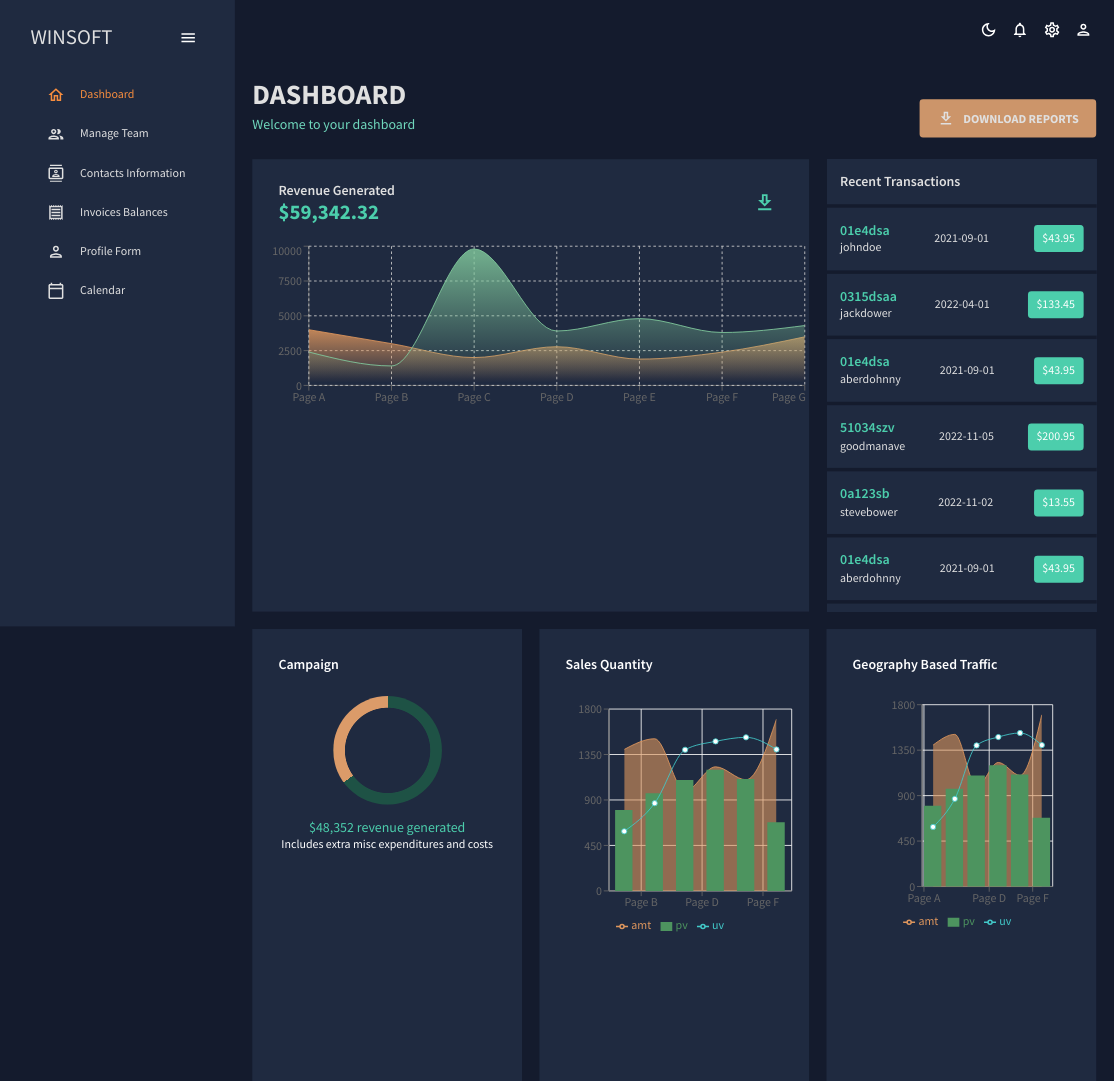
Repository: thamaraiselvan315731/winssoft
Page: /
An editor plug-in stored every save of this project. The page is shown before and after the next save, followed by the edit.
The browser window is 1280 px wide. The pictures show the whole page, at 87% of full size.
The project was rebuilt for these pictures with package versions that can differ from the ones it lists, and the page was loaded fresh each time. Also part of the build but not shown: src/pages/team/index.jsx, src/pages/invoices/index.jsx, src/pages/contacts/index.jsx, src/pages/form/index.jsx, src/components/LineChart.jsx, src/data/mockGeoFeatures.js, src/components/GeographyChart.jsx, src/components/BarChart.jsx and 3 more.

Above is the page before, as saved 2022-12-01 12:15:20.

### src/pages/global/Topbar.jsx
import { Box, IconButton, useTheme } from "@mui/material";
import { useContext } from "react";
import { ColorModeContext, tokens } from "../../theme";
import InputBase from "@mui/material/InputBase";
import LightModeOutlinedIcon from "@mui/icons-material/LightModeOutlined";
import DarkModeOutlinedIcon from "@mui/icons-material/DarkModeOutlined";
import NotificationsOutlinedIcon from "@mui/icons-material/NotificationsOutlined";
import SettingsOutlinedIcon from "@mui/icons-material/SettingsOutlined";
import PersonOutlinedIcon from "@mui/icons-material/PersonOutlined";
import SearchIcon from "@mui/icons-material/Search";

const Topbar = () => {
  const theme = useTheme();
  const colors = tokens(theme.palette.mode);
  const colorMode = useContext(ColorModeContext);

  return (
    <Box display="flex" justifyContent="flex-end" p={2}>
      {/* SEARCH BAR */}
      {/* <Box
        display="flex"
        backgroundColor={colors.primary[400]}
        borderRadius="3px"
      >
        <InputBase sx={{ ml: 2, flex: 1 }} placeholder="Search" />
        <IconButton type="button" sx={{ p: 1 }}>
          <SearchIcon />
        </IconButton>
      </Box> */}

      {/* ICONS */}
      <Box display="flex">
        <IconButton onClick={colorMode.toggleColorMode}>
          {theme.palette.mode === "dark" ? (
            <DarkModeOutlinedIcon />
          ) : (
            <LightModeOutlinedIcon />
          )}
        </IconButton>
        <IconButton>
          <NotificationsOutlinedIcon />
        </IconButton>
        <IconButton>
          <SettingsOutlinedIcon />
        </IconButton>
        <IconButton>
          <PersonOutlinedIcon />
        </IconButton>
      </Box>
    </Box>
  );
};

export default Topbar;

### src/pages/global/Sidebar.jsx
import { useState } from "react";
import { ProSidebar, Menu, MenuItem } from "react-pro-sidebar";
import { Box, IconButton, Typography, useTheme } from "@mui/material";
import { Link } from "react-router-dom";
import "react-pro-sidebar/dist/css/styles.css";
import { tokens } from "../../theme";
import HomeOutlinedIcon from "@mui/icons-material/HomeOutlined";
import PeopleOutlinedIcon from "@mui/icons-material/PeopleOutlined";
import ContactsOutlinedIcon from "@mui/icons-material/ContactsOutlined";
import ReceiptOutlinedIcon from "@mui/icons-material/ReceiptOutlined";
import PersonOutlinedIcon from "@mui/icons-material/PersonOutlined";
import CalendarTodayOutlinedIcon from "@mui/icons-material/CalendarTodayOutlined";// eslint-disable-next-line
import HelpOutlineOutlinedIcon from "@mui/icons-material/HelpOutlineOutlined";// eslint-disable-next-line
import BarChartOutlinedIcon from "@mui/icons-material/BarChartOutlined";// eslint-disable-next-line
import PieChartOutlineOutlinedIcon from "@mui/icons-material/PieChartOutlineOutlined";// eslint-disable-next-line
import TimelineOutlinedIcon from "@mui/icons-material/TimelineOutlined";// eslint-disable-next-line
import MenuOutlinedIcon from "@mui/icons-material/MenuOutlined";// eslint-disable-next-line
import MapOutlinedIcon from "@mui/icons-material/MapOutlined";// eslint-disable-next-line

const Item = ({ title, to, icon, selected, setSelected }) => {
  const theme = useTheme();
  const colors = tokens(theme.palette.mode);
  return (
    <MenuItem
      active={selected === title}
      style={{
        color: colors.grey[100],
      }}
      onClick={() => setSelected(title)}
      icon={icon}
    >
      <Typography>{title}</Typography>
      <Link to={to} />
    </MenuItem>
  );
};

const Sidebar = () => {
  const theme = useTheme();
  const colors = tokens(theme.palette.mode);
  const [isCollapsed, setIsCollapsed] = useState(false);
  const [selected, setSelected] = useState("Dashboard");

  return (
    <Box
      sx={{
        "& .pro-sidebar-inner": {
          background: `${colors.primary[400]} !important`,
        },
        "& .pro-icon-wrapper": {
          backgroundColor: "transparent !important",
        },
        "& .pro-inner-item": {
          padding: "5px 35px 5px 20px !important",
        },
        "& .pro-inner-item:hover": {
          color: "#f78d3e !important",
        },
        "& .pro-menu-item.active": {
          color: "#f78d3e !important",
        },
      }}
    >
      <ProSidebar collapsed={isCollapsed}>
        <Menu iconShape="square">
          {/* LOGO AND MENU ICON */}
          <MenuItem
            onClick={() => setIsCollapsed(!isCollapsed)}
            icon={isCollapsed ? <MenuOutlinedIcon /> : undefined}
            style={{
              margin: "10px 0 20px 0",
              color: colors.grey[100],
            }}
          >
            {!isCollapsed && (
              <Box
                display="flex"
                justifyContent="space-between"
                alignItems="center"
                ml="15px"
              >
                <Typography variant="h3" color={colors.grey[100]}>
                  WINSOFT
                </Typography>
                <IconButton onClick={() => setIsCollapsed(!isCollapsed)}>
                  <MenuOutlinedIcon />
                </IconButton>
              </Box>
            )}
          </MenuItem>

          {/* {!isCollapsed && (
            <Box mb="25px">
              <Box display="flex" justifyContent="center" alignItems="center">
                <img
                  alt="profile-user"
                  width="100px"
                  height="100px"
                  src={`../../assets/user.png`}
                  style={{ cursor: "pointer", borderRadius: "50%" }}
                />
              </Box>
              <Box textAlign="center">
                <Typography
                  variant="h2"
                  color={colors.grey[100]}
                  fontWeight="bold"
                  sx={{ m: "10px 0 0 0" }}
                >
                  Ed Roh
                </Typography>
                <Typography variant="h5" color={colors.greenAccent[500]}>
                  VP Fancy Admin
                </Typography>
              </Box>
            </Box>
          )} */}

          <Box paddingLeft={isCollapsed ? undefined : "10%"}>
            <Item
              title="Dashboard"
              to="/"
              icon={<HomeOutlinedIcon />}
              selected={selected}
              setSelected={setSelected}
            />

            {/* <Typography
              variant="h6"
              color={colors.grey[300]}
              sx={{ m: "15px 0 5px 20px" }}
            >
              Data
            </Typography> */}
            <Item
              title="Manage Team"
              to="/team"
              icon={<PeopleOutlinedIcon />}
              selected={selected}
              setSelected={setSelected}
            />
            <Item
              title="Contacts Information"
              to="/contacts"
              icon={<ContactsOutlinedIcon />}
              selected={selected}
              setSelected={setSelected}
            />
            <Item
              title="Invoices Balances"
              to="/invoices"
              icon={<ReceiptOutlinedIcon />}
              selected={selected}
              setSelected={setSelected}
            />

            {/* <Typography
              variant="h6"
              color={colors.grey[300]}
              sx={{ m: "15px 0 5px 20px" }}
            >
              Pages
            </Typography> */}
            <Item
              title="Profile Form"
              to="/form"
              icon={<PersonOutlinedIcon />}
              selected={selected}
              setSelected={setSelected}
            />
            <Item
              title="Calendar"
              to="/calendar"
              icon={<CalendarTodayOutlinedIcon />}
              selected={selected}
              setSelected={setSelected}
            />
            {/* <Item
              title="FAQ Page"
              to="/faq"
              icon={<HelpOutlineOutlinedIcon />}
              selected={selected}
              setSelected={setSelected}
            /> */}

            {/* <Typography
              variant="h6"
              color={colors.grey[300]}
              sx={{ m: "15px 0 5px 20px" }}
            >
              Charts
            </Typography>
            <Item
              title="Bar Chart"
              to="/bar"
              icon={<BarChartOutlinedIcon />}
              selected={selected}
              setSelected={setSelected}
            />
            <Item
              title="Pie Chart"
              to="/pie"
              icon={<PieChartOutlineOutlinedIcon />}
              selected={selected}
              setSelected={setSelected}
            />
            <Item
              title="Line Chart"
              to="/line"
              icon={<TimelineOutlinedIcon />}
              selected={selected}
              setSelected={setSelected}
            />
            <Item
              title="Geography Chart"
              to="/geography"
              icon={<MapOutlinedIcon />}
              selected={selected}
              setSelected={setSelected}
            /> */}
          </Box>
        </Menu>
      </ProSidebar>
    </Box>
  );
};

export default Sidebar;

### src/pages/dashboard/index.jsx
import { Box, Button, IconButton, Typography, useTheme } from "@mui/material";
import { tokens } from "../../theme";
import { mockTransactions } from "../../data/mockData";
import DownloadOutlinedIcon from "@mui/icons-material/DownloadOutlined";
import { AreaCharts } from "../../Charts/AreaChart"
import CombinedCharts from "../../Charts/CombinedCharts"
import EmailIcon from "@mui/icons-material/Email";
import PointOfSaleIcon from "@mui/icons-material/PointOfSale";
import PersonAddIcon from "@mui/icons-material/PersonAdd";
import TrafficIcon from "@mui/icons-material/Traffic";
import Header from "../../components/Header";
import LineChart from "../../components/LineChart";
import GeographyChart from "../../components/GeographyChart";
import BarChart from "../../components/BarChart";
import StatBox from "../../components/StatBox";
import ProgressCircle from "../../components/ProgressCircle";

const Dashboard = () => {
  const theme = useTheme();
  const colors = tokens(theme.palette.mode);

  return (

    <Box m="20px">
      {/* HEADER */}
      <Box display="flex" justifyContent="space-between" alignItems="center">
        <Header title="DASHBOARD" subtitle="Welcome to your dashboard" />

        <Box>
          <Button
            sx={{
              backgroundColor: colors.blueAccent[700],
              color: colors.grey[100],
              fontSize: "14px",
              fontWeight: "bold",
              padding: "10px 20px",
            }}
          >
            <DownloadOutlinedIcon sx={{ mr: "10px" }} />
            Download Reports
          </Button>
        </Box>
      </Box>

      {/* GRID & CHARTS */}
      <Box
        display="grid"
        gridTemplateColumns="repeat(12, 1fr)"
        gridAutoRows="250px"
        gap="20px"
      >
        {/* ROW 1 */}
        {/* <Box
          gridColumn="span 8"
          backgroundColor={colors.primary[400]}
          display="flex"
          alignItems="center"
          justifyContent="center"
        >
          <AreaCharts />

        </Box> */}

        {/* <Box
          gridColumn="span 3"
          backgroundColor={colors.primary[400]}
          display="flex"
          alignItems="center"
          justifyContent="center"
        >
          <StatBox
            title="431,225"
            subtitle="Sales Obtained"
            progress="0.50"
            increase="+21%"
            icon={
              <PointOfSaleIcon
                sx={{ color: colors.greenAccent[600], fontSize: "26px" }}
              />
            }
          />
        </Box>
        <Box
          gridColumn="span 3"
          backgroundColor={colors.primary[400]}
          display="flex"
          alignItems="center"
          justifyContent="center"
        >
          <StatBox
            title="32,441"
            subtitle="New Clients"
            progress="0.30"
            increase="+5%"
            icon={
              <PersonAddIcon
                sx={{ color: colors.greenAccent[600], fontSize: "26px" }}
              />
            }
          />
        </Box>
        <Box
          gridColumn="span 3"
          backgroundColor={colors.primary[400]}
          display="flex"
          alignItems="center"
          justifyContent="center"
        >
          <StatBox
            title="1,325,134"
            subtitle="Traffic Received"
            progress="0.80"
            increase="+43%"
            icon={
              <TrafficIcon
                sx={{ color: colors.greenAccent[600], fontSize: "26px" }}
              />
            }
          />
        </Box> */}

        {/* ROW 2 */}
        <Box
          gridColumn="span 8"
          gridRow="span 2"
          backgroundColor={colors.primary[400]}
        >
          <Box
            mt="25px"
            p="0 30px"
            display="flex "
            justifyContent="space-between"
            alignItems="center"
          >
            <Box>
              <Typography
                variant="h5"
                fontWeight="600"
                color={colors.grey[100]}
              >
                Revenue Generated
              </Typography>
              <Typography
                variant="h3"
                fontWeight="bold"
                color={colors.greenAccent[500]}
              >
                $59,342.32
              </Typography>
            </Box>
            <Box>
              <IconButton>
                <DownloadOutlinedIcon
                  sx={{ fontSize: "26px", color: colors.greenAccent[500] }}
                />
              </IconButton>
            </Box>
          </Box>
          <Box height="250px" m="20px 0 0 0">
            <AreaCharts />
          </Box>
        </Box>
        <Box
          gridColumn="span 4"
          gridRow="span 2"
          backgroundColor={colors.primary[400]}
          overflow="auto"
        >
          <Box
            display="flex"
            justifyContent="space-between"
            alignItems="center"
            borderBottom={`4px solid ${colors.primary[500]}`}
            colors={colors.grey[100]}
            p="15px"
          >
            <Typography color={colors.grey[100]} variant="h5" fontWeight="600">
              Recent Transactions
            </Typography>
          </Box>
          {mockTransactions.map((transaction, i) => (
            <Box
              key={`${transaction.txId}-${i}`}
              display="flex"
              justifyContent="space-between"
              alignItems="center"
              borderBottom={`4px solid ${colors.primary[500]}`}
              p="15px"
            >
              <Box>
                <Typography
                  color={colors.greenAccent[500]}
                  variant="h5"
                  fontWeight="600"
                >
                  {transaction.txId}
                </Typography>
                <Typography color={colors.grey[100]}>
                  {transaction.user}
                </Typography>
              </Box>
              <Box color={colors.grey[100]}>{transaction.date}</Box>
              <Box
                backgroundColor={colors.greenAccent[500]}
                p="5px 10px"
                borderRadius="4px"
              >
                ${transaction.cost}
              </Box>
            </Box>
          ))}
        </Box>

        {/* ROW 3 */}
        <Box
          gridColumn="span 4"
          gridRow="span 2"
          backgroundColor={colors.primary[400]}
          p="30px"
        >
          <Typography variant="h5" fontWeight="600">
            Campaign
          </Typography>
          <Box
            display="flex"
            flexDirection="column"
            alignItems="center"
            mt="25px"
          >
            <ProgressCircle size="125" />
            <Typography
              variant="h5"
              color={colors.greenAccent[500]}
              sx={{ mt: "15px" }}
            >
              $48,352 revenue generated
            </Typography>
            <Typography>Includes extra misc expenditures and costs</Typography>
          </Box>
        </Box>
        <Box
          gridColumn="span 4"
          gridRow="span 2"
          backgroundColor={colors.primary[400]}
        >
          <Typography
            variant="h5"
            fontWeight="600"
            sx={{ padding: "30px 30px 0 30px" }}
          >
            Sales Quantity
          </Typography>
          <Box height="250px" mt="20px">
            <CombinedCharts />
          </Box>
        </Box>
        <Box
          gridColumn="span 4"
          gridRow="span 2"
          backgroundColor={colors.primary[400]}
          padding="30px"
        >
          <Typography
            variant="h5"
            fontWeight="600"
            sx={{ marginBottom: "15px" }}
          >
            Geography Based Traffic
          </Typography>
          <Box height="200px">
            <CombinedCharts />
          </Box>
        </Box>
      </Box>
    </Box>
  );
};

export default Dashboard;

### src/components/ProgressCircle.jsx
import { Box, useTheme } from "@mui/material";
import { tokens } from "../theme";

const ProgressCircle = ({ progress = "0.65", size = "40" }) => {
  const theme = useTheme();
  const colors = tokens(theme.palette.mode);
  const angle = progress * 360;
  return (
    <Box
      sx={{
        background: `radial-gradient(${colors.primary[400]} 55%, transparent 56%),
            conic-gradient(transparent 0deg ${angle}deg, ${colors.blueAccent[500]} ${angle}deg 360deg),
            ${colors.greenAccent[800]}`,
        borderRadius: "50%",
        width: `${size}px`,
        height: `${size}px`,
      }}
    />
  );
};

export default ProgressCircle;

Loaded but not shown: public/index.html (common file); src/index.js (common file); src/index.css (common file); src/components/Header.jsx (common file); src/data/mockData.js (1283 lines, source omitted); src/theme.js (214 lines, source omitted); src/Charts/AreaChart.js (76 lines, source omitted); src/Charts/CombinedCharts.js (85 lines, source omitted); src/App.js (51 lines, source omitted)

After the next save:
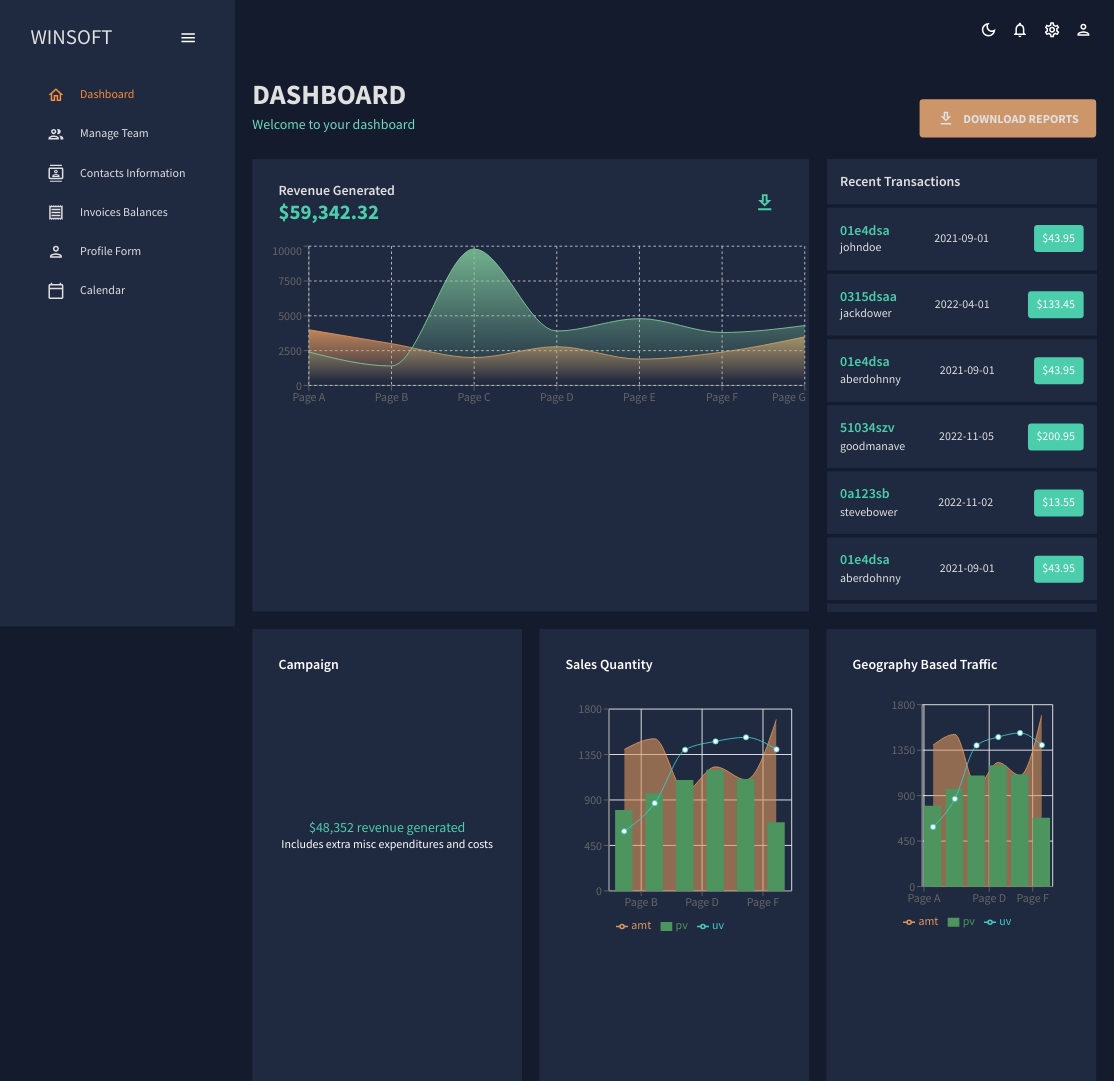
Saved 33 s later.
--- a/src/components/ProgressCircle.jsx
+++ b/src/components/ProgressCircle.jsx
@@ -9,7 +9,7 @@
     <Box
       sx={{
         background: `radial-gradient(${colors.primary[400]} 55%, transparent 56%),
-            conic-gradient(transparent 0deg ${angle}deg, ${colors.blueAccent[500]} ${angle}deg 360deg),
+            conic-gradient(transparent 0deg ${angle}deg, ${colors.blueAccent[500]} ${angle}deg 360deg), ${colors.blueAccent[100]} ${angle}deg 360deg)
             ${colors.greenAccent[800]}`,
         borderRadius: "50%",
         width: `${size}px`,

After the 2 saves that followed:
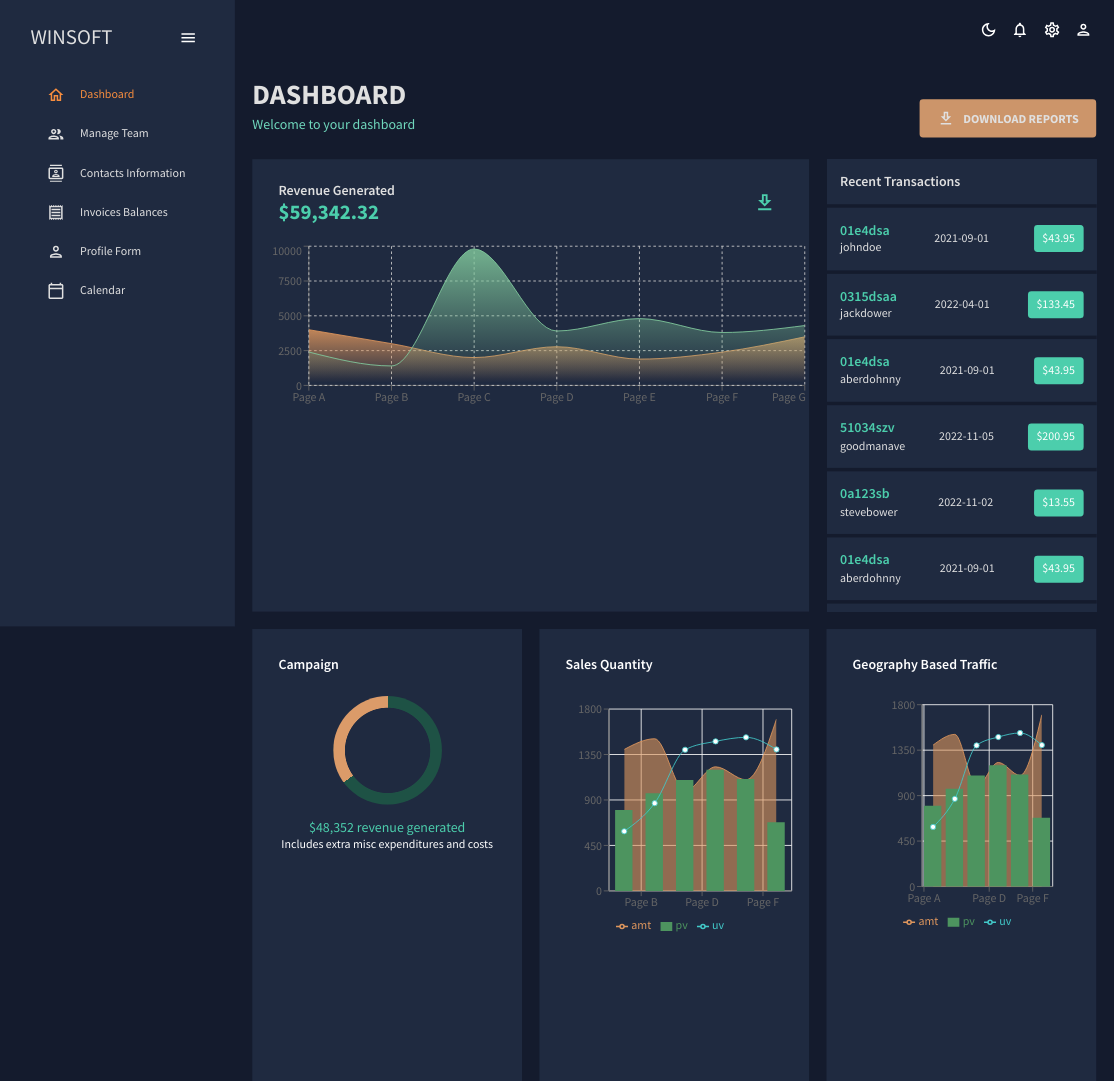
The 2 saves are shown as one change because 1 left the picture as it was.
The last was saved 39 s later.
--- a/src/components/ProgressCircle.jsx
+++ b/src/components/ProgressCircle.jsx
@@ -9,7 +9,7 @@
     <Box
       sx={{
         background: `radial-gradient(${colors.primary[400]} 55%, transparent 56%),
-            conic-gradient(transparent 0deg ${angle}deg, ${colors.blueAccent[500]} ${angle}deg 360deg), ${colors.blueAccent[100]} ${angle}deg 360deg)
+            conic-gradient(transparent 0deg ${angle}deg, ${colors.blueAccent[500]} ${angle}deg 360deg),
             ${colors.greenAccent[800]}`,
         borderRadius: "50%",
         width: `${size}px`,
